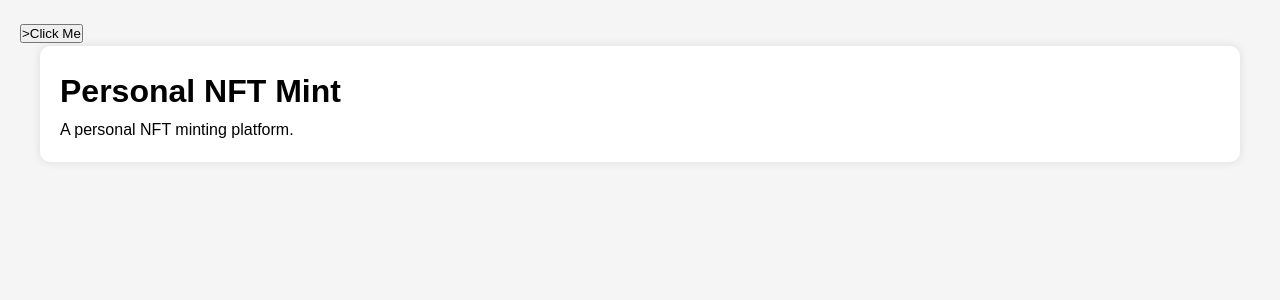
Repository: Ch3fC0d3/-MACT6340
Page: index.html
The author's editor kept a copy of each file at every save. The page is drawn from the files as they stood at one save, then again after the next save.
The browser window is 1280 px wide. The pictures show the whole page.

Above is the page before, as saved 2025-01-15 10:03:05.

### index.html
<!DOCTYPE html>
<html>
<head>
    <meta charset="UTF-8">
    <meta http-equiv="content-type" content="text/html; charset=utf-8" />
    <meta name="viewport" content="width=device-width, initial-scale=1.0">
    <link rel="icon" type="image/x-icon" href="./images/favicon.ico">
    <title>Personal NFT Mint</title>
    <meta name="author" content="David G. Smith">
    <meta name="description" content="A personal NFT mint for an artist.">
    <link rel="stylesheet" href="./CSS/style.css">
</head>
<body>
    <button id="TestButton">>Click Me</button>
    <script type="module" src="./js/index.js"></script>
</body>
</html>

### CSS/style.css
* {
    margin: 0;
    padding: 0;
    box-sizing: border-box;
}

body {
    font-family: Arial, sans-serif;
    line-height: 1.6;
    padding: 20px;
    background-color: #f5f5f5;
}

.container {
    max-width: 1200px;
    margin: 0 auto;
    padding: 20px;
    background-color: white;
    border-radius: 10px;
    box-shadow: 0 0 10px rgba(0,0,0,0.1);
}

### js/index.js
// Main application logic
document.addEventListener('DOMContentLoaded', () => {
    const app = document.createElement('div');
    app.className = 'container';

    const header = document.createElement('h1');
    header.textContent = 'Personal NFT Mint';

    const description = document.createElement('p');
    description.textContent = 'A personal NFT minting platform.';

    app.appendChild(header);
    app.appendChild(description);
    document.body.appendChild(app);
});

After the next save:
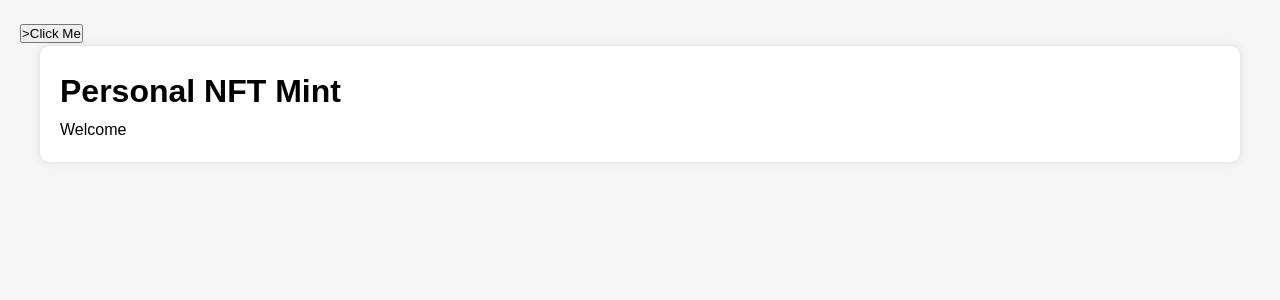
Saved 16 s later.
--- a/js/index.js
+++ b/js/index.js
@@ -7,7 +7,7 @@ document.addEventListener('DOMContentLoaded', () => {
     header.textContent = 'Personal NFT Mint';
 
     const description = document.createElement('p');
-    description.textContent = 'A personal NFT minting platform.';
+    description.textContent = 'Welcome';
 
     app.appendChild(header);
     app.appendChild(description);
